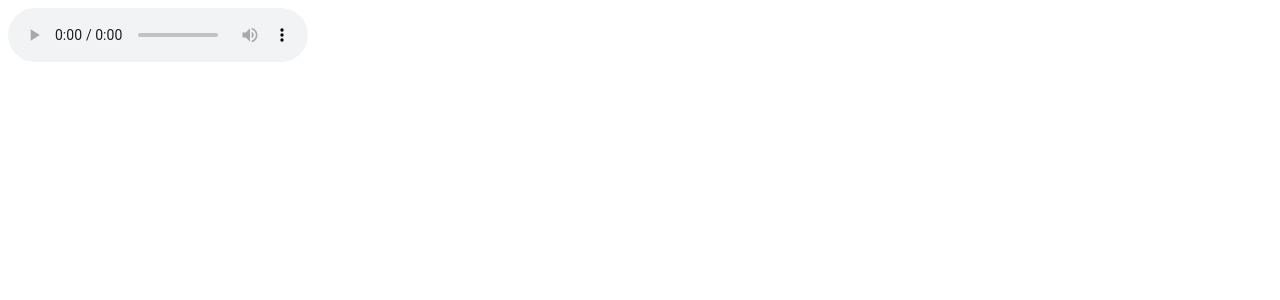
Repository: OdenthalKay/youtube-audio-downloader
Page: client/index.html
The author's editor kept a record of every edit. The page is drawn from the files as they stood at one moment, then again after the next edit.
The browser window is 1280 px wide. The pictures show the whole page.

Above is the page before.

### client/index.html
<html>


<body>
  <audio controls>
    <source src="../file1.mp3" type="audio/mpeg">
      Your browser does not support the audio element.
  </audio>

</body>

</html>

After the next edit:
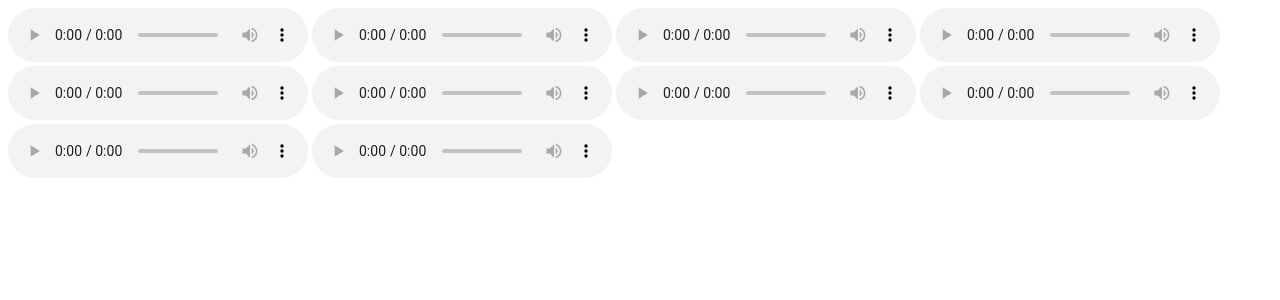
The edit:
--- a/client/index.html
+++ b/client/index.html
@@ -6,6 +6,42 @@
     <source src="../file1.mp3" type="audio/mpeg">
       Your browser does not support the audio element.
   </audio>
+  <audio controls>
+    <source src="../file1.mp3" type="audio/mpeg">
+      Your browser does not support the audio element.
+  </audio>
+  <audio controls>
+    <source src="../file1.mp3" type="audio/mpeg">
+      Your browser does not support the audio element.
+  </audio>
+  <audio controls>
+    <source src="../file1.mp3" type="audio/mpeg">
+      Your browser does not support the audio element.
+  </audio>
+  <audio controls>
+    <source src="../file1.mp3" type="audio/mpeg">
+      Your browser does not support the audio element.
+  </audio>
+  <audio controls>
+    <source src="../file1.mp3" type="audio/mpeg">
+      Your browser does not support the audio element.
+  </audio>
+  <audio controls>
+    <source src="../file1.mp3" type="audio/mpeg">
+      Your browser does not support the audio element.
+  </audio>
+  <audio controls>
+    <source src="../file1.mp3" type="audio/mpeg">
+      Your browser does not support the audio element.
+  </audio>
+  <audio controls>
+    <source src="../file1.mp3" type="audio/mpeg">
+      Your browser does not support the audio element.
+  </audio>
+  <audio controls>
+    <source src="../file1.mp3" type="audio/mpeg">
+      Your browser does not support the audio element.
+  </audio>
 
 </body>
 
